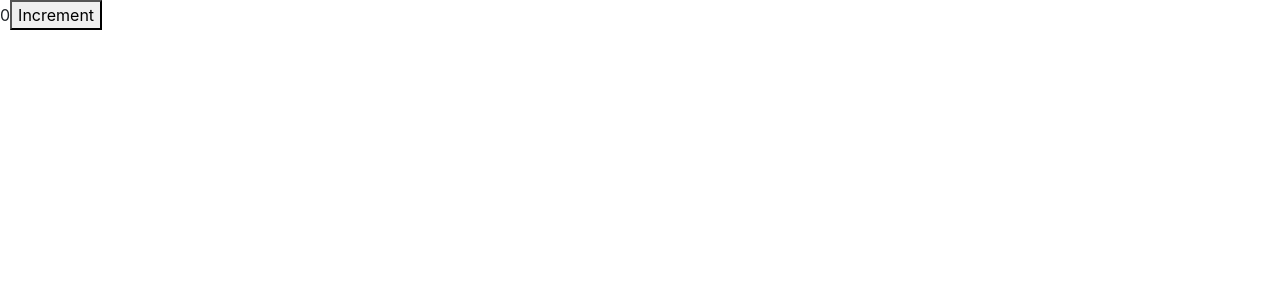
Repository: smk87/First-React-App
Page: /
These files come from the project's save history. The page is drawn as it stood at one moment and after the next save; the edit follows.
The browser window is 1280 px wide. The pictures show the whole page.
The project was rebuilt for these pictures with package versions that can differ from the ones it lists, and the page was loaded fresh each time. Also part of the build but not shown: src/App.css, src/App.js.

Above is the page before, as saved 2019-01-04 20:20:09.

After the next save:
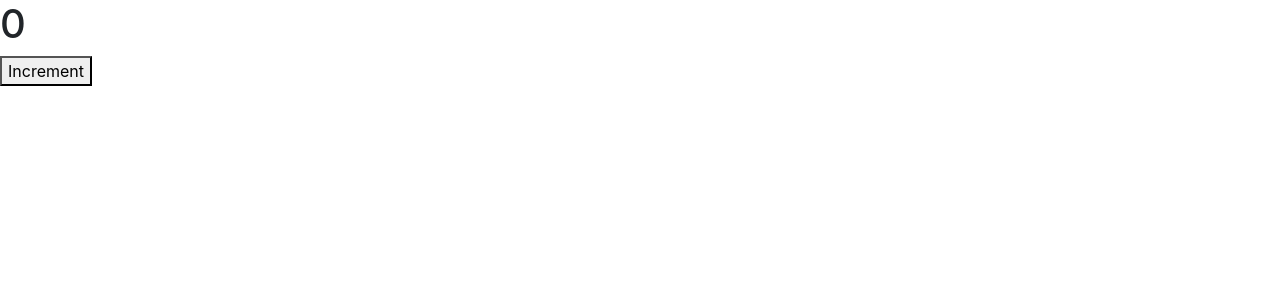
Saved 10 s later.
--- a/src/components/counter.jsx
+++ b/src/components/counter.jsx
@@ -7,7 +7,7 @@ class Counter extends Component {
   render() {
     return (
       <React.Fragment>
-        <span>{this.state.count}</span>
+        <h1>{this.state.count}</h1>
         <button>Increment</button>
       </React.Fragment>
     );
